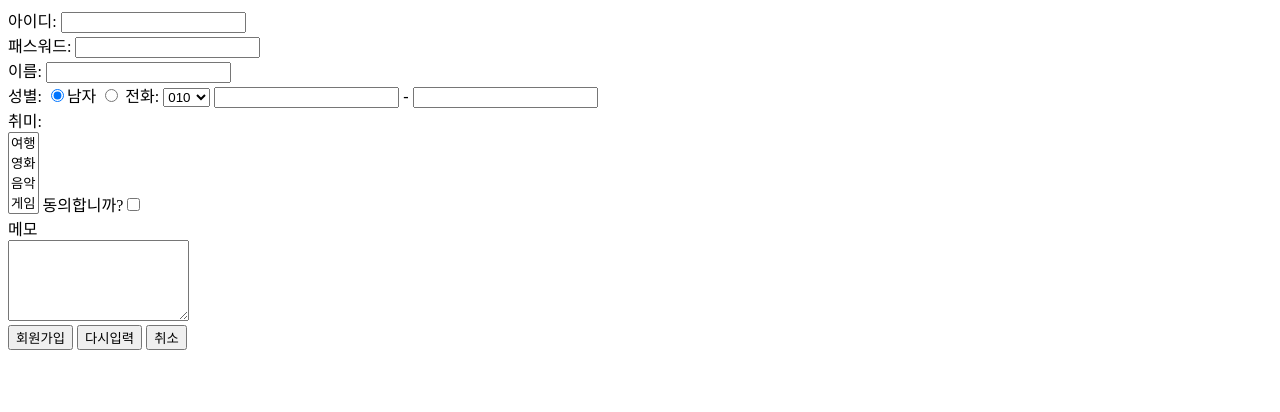
Repository: ProSleeper/itwill
Page: http://localhost/study/day1/test2.jsp
These files come from the project's save history. The page is drawn as it stood at one moment and after the next save; the edit follows.
The browser window is 1280 px wide. The pictures show the whole page.
The page is served by Tomcat 9.

Above is the page before, as saved 2022-07-18 02:15:46.

### study/WebContent/day1/test2.jsp
<%@ page language="java" contentType="text/html; charset=UTF-8"
	pageEncoding="UTF-8"%>
<!DOCTYPE html>
<html>
<head>
<meta charset="UTF-8">
<title>Insert title here</title>
</head>
<body>

<!-- 일반적으로 form양식은 post방식을 씀 -->
	<form action="" method="post" name="myForm">

		아이디: <input type="text" name="userId" /><br /> 패스워드: <input
			type="password" name="userPwd" /><br /> 이름: <input type="text"
			name="userName" /><br /> 성별: <input type="radio" name="gender"
			value="M" checked="checked" />남자 <input type="radio" name="gender"
			value="F" /> 전화: <select name="tel1">
			<option value="">선택</option>
			<option value="010" selected="selected">010</option>
			<option value="070">070</option>
			<option value="011">011</option>

		</select> <input type="text" name="tel2" /> - <input type="text" name="tel3"><br />

		취미: <br/><select multiple="multiple" size="4" name="hobby">
			<option value="여행">여행</option>
			<option value="영화">영화</option>
			<option value="음악">음악</option>
			<option value="게임">게임</option>

		</select> 동의합니까?<input type="checkbox" name="agreeChk" value="Y"><br />

		메모<br />
		<textarea rows="5" cols="20" name="memo"></textarea><br/>

		<input type="button" value="회원가입" onclick="" />
		<input type="reset" value="다시입력" />
		<input type="button" value="취소" />




	</form>



</body>
</html>

After the next save:
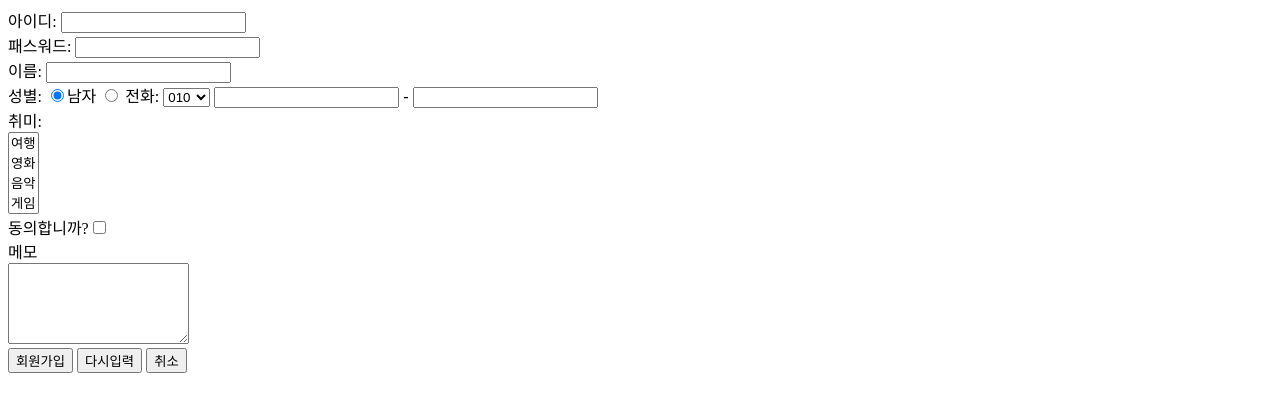
Saved 17 s later.
--- a/study/WebContent/day1/test2.jsp
+++ b/study/WebContent/day1/test2.jsp
@@ -29,7 +29,9 @@
 			<option value="음악">음악</option>
 			<option value="게임">게임</option>
 
-		</select> 동의합니까?<input type="checkbox" name="agreeChk" value="Y"><br />
+		</select><br/>
+
+		 동의합니까?<input type="checkbox" name="agreeChk" value="Y"><br />
 
 		메모<br />
 		<textarea rows="5" cols="20" name="memo"></textarea><br/>
